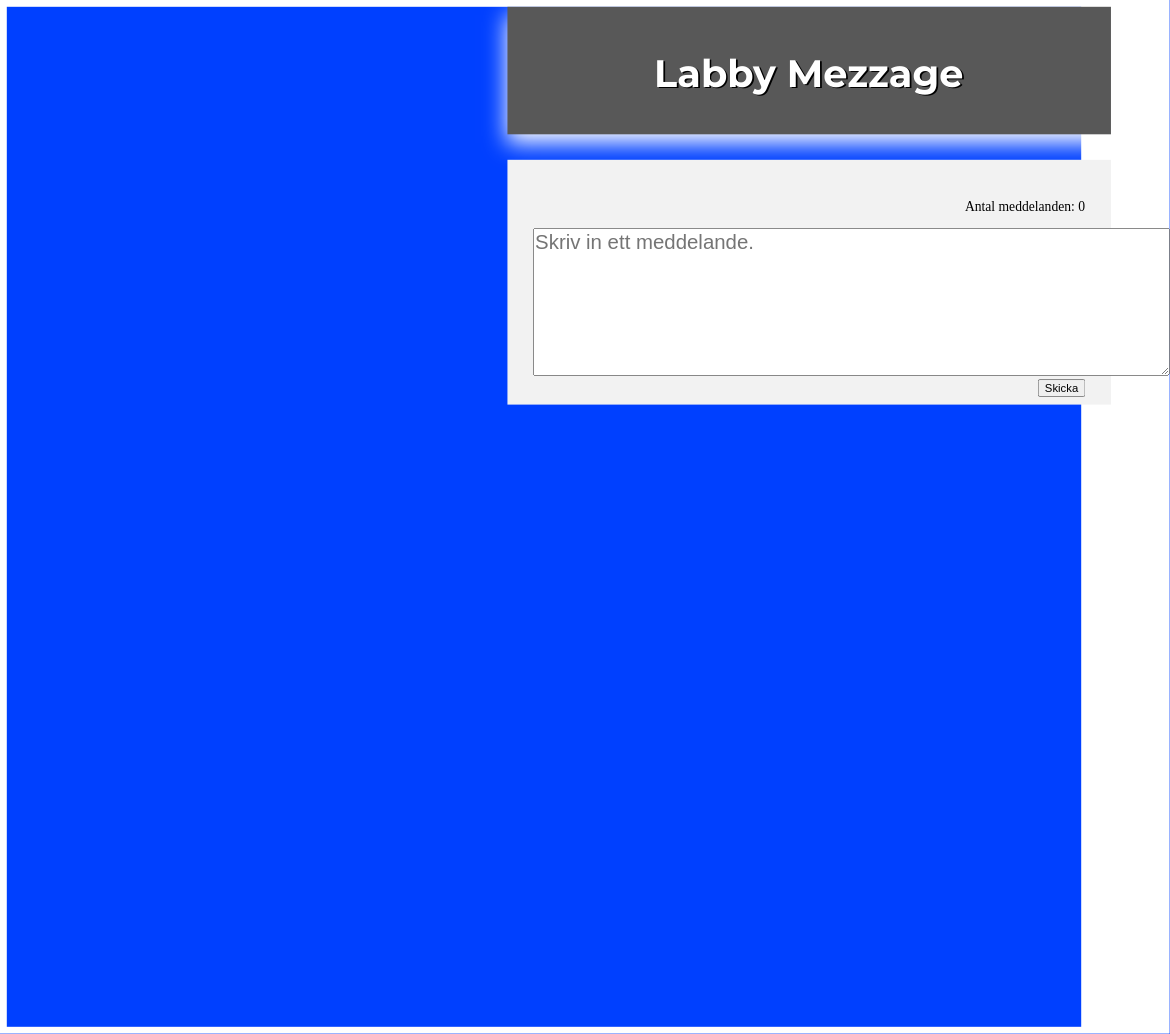
Repository: lw222gz/1dv403-laborationer-lw222gz
Page: 2-labbymezzage/index.html
The author's editor kept a record of every edit. The page is drawn from the files as they stood at one moment, then again after the next edit.
The browser window is 1280 px wide. The page is 1376 px wide, then 1307 px, so the pictures cover 1376 px, including what lies to the right of the window. The pictures show the whole page, at 85% of full size.

Above is the page before.

### 2-labbymezzage/index.html
<!doctype html>
<html lang="sv">
    <head>
        <title>Labby Mezzage</title>
        <meta charset="utf-8" />
        <link rel="stylesheet" href="style.css" />
        <link href='//fonts.googleapis.com/css?family=Montserrat:700' rel='stylesheet' type='text/css'>
    </head>
<body>
<div id="container">
        <header>
            <b>Labby Mezzage</b>
        </header>

        <main>
            <div id="text"></div>
            <p id="AmountofMessages" class="floatRight">Antal meddelanden: 0</p>
            <textarea type="textarea" placeholder="Skriv in ett meddelande." id="textInput" name="text" rows="6" cols="52"></textarea>
            <input class="floatRight" id="send" type="submit" value="Skicka" />

        </main>

</div>
    <script src="message.js"></script>
    <script src="LabbyMessage.js"></script>
</body>
</html>

### 2-labbymezzage/style.css
#container
    {

    height:1200px;
    width:auto;
    background-color:#0040FF;
    margin:0 auto;
    }

header
    {
        box-shadow:0 10px 25px;
        -webkit-box-shadow:0 10px 25px;
        -moz-box-shadow:0 10px 25px;
        color:white;
        text-shadow:2px 2px black;
        -webkit-text-shadow:2px 2px black;
        -moz-text-shadow:2px 2px black;
        font-family: 'Montserrat', sans-serif;
        font-size:45px;
        padding-top:50px;
        height:100px;
        position:relative;
        left:588.5px;
        background-color:#585858;
        width:710px;
        text-align:center;
    }

main
    {
        padding:30px;
        position:relative;
        left:588.5px;
        margin-top:30px;
        background-color:#F2F2F2;
        height:auto;
        width:650px;
    }

textarea {
    font-size:24px;
    font-family:arial;
}

.MessageTime{
    margin-right:3px;
    position:absolute;
    bottom:0px;
    right:0px;
    font-size:12px;
    color:gray;
}


.floatRight{
    float:right;
}



.DeletePicture
{
    width:24px;
    height:24px;
    position:absolute;
    top:5px;
    right:0;
}

.ClockPicture
{
    width:24px;
    height:24px;
    position:absolute;
    top:5px;
    right:30px;
}



.text
{
    padding-right:70px;
    padding-left:5px;
    font-family:verdana;
    font-size:26px;
    border:1px solid black;
    background-color:#6EB0FF;
    width:auto;
    height:auto;
    min-height:50px;
    position:relative;
    word-break:break-all;
}

### 2-labbymezzage/message.js
"use strict";

function Message(message, date){

   this.getText = function() {
       return message;
   }
   this.setText = function(_text) {
       message = _text;
   }

   this.getDate = function() {
       return date;
   }

   this.setDate = function(_date) {
       date = _date;
   }

   Message.prototype.toString = function() {
       return this.getText()+" ("+this.getDate()+")";
   }

   Message.prototype.getHTMLText = function() {
       return this.getText().replace(/[\n\r]/g, "<br/>");
   }

   Message.prototype.getDateText = function() {

       var Hour = this.getDate().getHours();
       var Minutes = this.getDate().getMinutes();
       var Seconds = this.getDate().getSeconds();
       if (Minutes < 10)
       {
            Minutes = "0"+Minutes;
       }

       return +Hour+":"+Minutes+":"+Seconds;
   }


}

### 2-labbymezzage/LabbyMessage.js
"use strict";


window.onload = function(){

    var messages = [];



    var j = 0;
    var i = 0;
    var myObj = {};

    var submit = document.querySelector("#send");
    var text = document.getElementById("textInput");
    var div = document.getElementById("text");
    var Enter = document.getElementById("textInput")







    submit.addEventListener("click", function(e){
                                                                            // http://stackoverflow.com/questions/11921210/how-exactly-does-event-preventdefault-affect-the-dom vad e.preventdefault gör.
        if (text.value === "")
        {
            e.preventdefault()
        }
        else
        {
        myObj = new Message(text.value, new Date());
        messages.push(myObj);

        renderMessage(messages.length-1);
        RemoveText();
        }
        });

    Enter.addEventListener("keydown", function(e){ //funkar ej
        if(e.keyCode === 13 && !e.shiftKey && text.value !== "")

        {
            e.preventDefault()
            myObj = new Message(text.value, new Date())
            messages.push(myObj);

            renderMessage(messages.length-1)
            RemoveText();
        }

    }
    )


    var renderMessage = function(index){
        ++j;
        document.getElementById("AmountofMessages").innerHTML = "Antal meddelanden: "+j;

        var text = document.createElement("p");
        text.className = "text";

        var img = document.createElement("img");
        var clockimg = document.createElement("img");




        img.className = "DeletePicture";
        img.src = "DeleteRed.png";

        clockimg.className = "ClockPicture";
        clockimg.src = "Clock.png";

        img.addEventListener("click", function(e){
            if (confirm("Radera detta meddelande?"))
            {
                --j;
                Remove(index);
                text.parentNode.removeChild(text);
                document.getElementById("AmountofMessages").innerHTML = "Antal meddelanden: "+j;
            }
        }
        )

        clockimg.addEventListener("click", function(e) {
                var year = messages[index].getDate().getFullYear();
                var month = messages[index].getDate().getMonth();
                var day = messages[index].getDate().getDate();
                var Hour = messages[index].getDate().getHours();
                var Minutes = messages[index].getDate().getMinutes();
                var Seconds = messages[index].getDate().getSeconds();
                if (Minutes < 10)
                {
                    Minutes = "0"+Minutes;
                }
            alert("Inlägget skapades den "+day+"/"+month+" år "+year+ " klockan " +Hour+":"+Minutes+":"+Seconds)
        })

        var TimeShow = document.createElement("div");
        TimeShow.className ="MessageTime";
        TimeShow.innerHTML = messages[index].getDateText();

        text.innerHTML = messages[index].getHTMLText();
        div.appendChild(text);
        text.appendChild(img);
        text.appendChild(clockimg);
        text.appendChild(TimeShow);


    }


    var renderMessages = function() {
        //tar bort all text
        document.getElementById("#text").innerHTML = "";

        // sätter dit alla igen.
        for (i; i < messages.length; i += 1)
        {
            renderMessage(i);
        }

    }
    var Remove = function(id)
    {
        messages.splice(id, 1);
    }

    var RemoveText = function(){
        document.getElementById("textInput").value="";
    }
}

After the next edit:
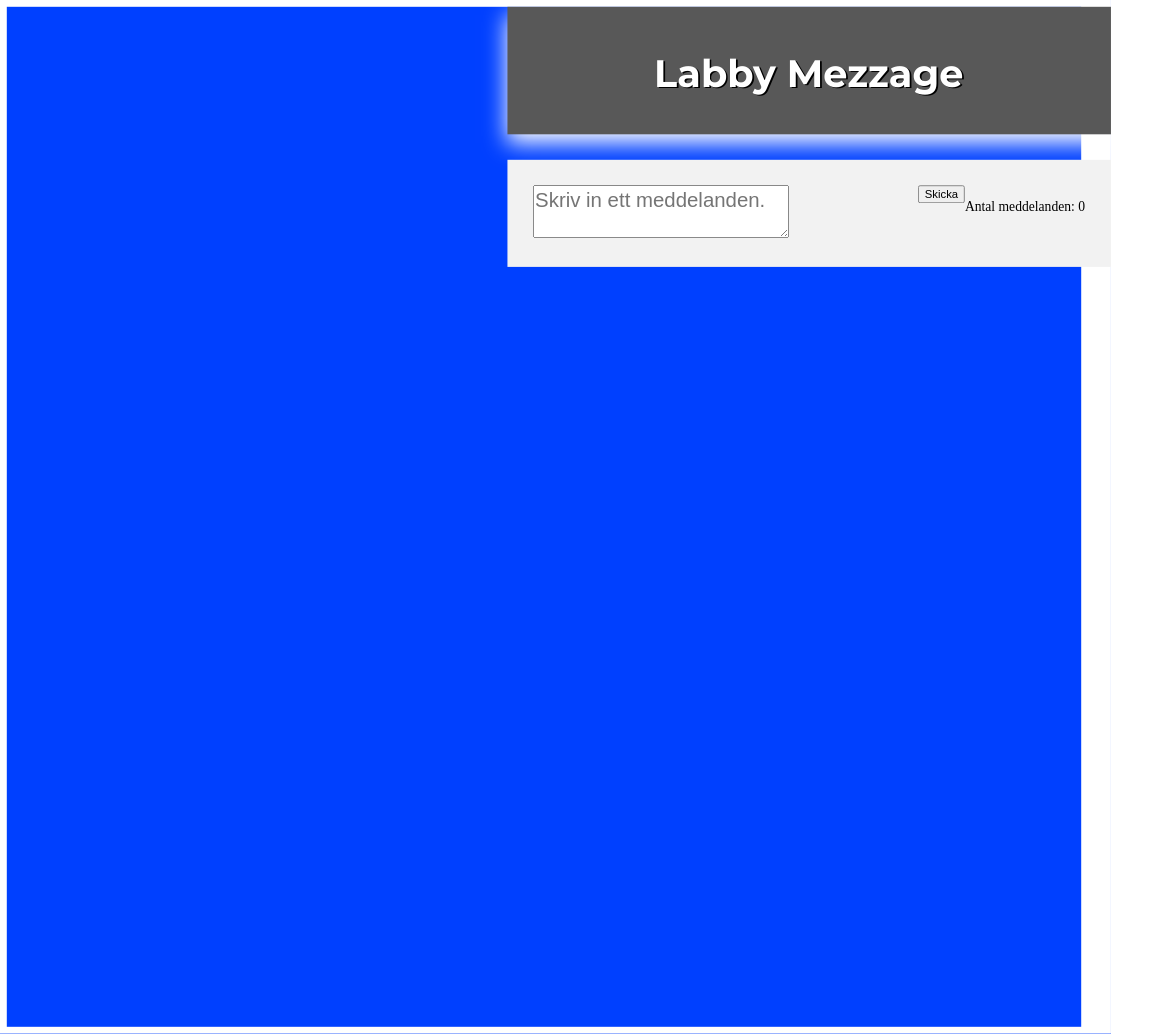
The edit:
--- a/2-labbymezzage/index.html
+++ b/2-labbymezzage/index.html
@@ -15,7 +15,7 @@
         <main>
             <div id="text"></div>
             <p id="AmountofMessages" class="floatRight">Antal meddelanden: 0</p>
-            <textarea type="textarea" placeholder="Skriv in ett meddelande." id="textInput" name="text" rows="6" cols="52"></textarea>
+            <textarea id="textInput" placeholder="Skriv in ett meddelanden."></textarea>
             <input class="floatRight" id="send" type="submit" value="Skicka" />
 
         </main>
